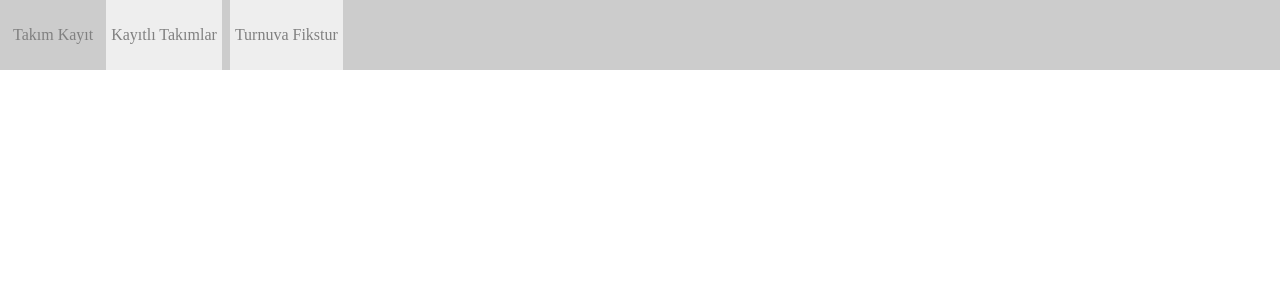
Repository: oktembaris77/internet_final
Page: http://localhost/internetfinal/
The author's editor kept a copy of each file at every save. The page is drawn from the files as they stood at one save, then again after the next save.
The browser window is 1280 px wide. The pictures show the whole page.
The pointer rests on the first visible `#sayfabtn`.
The page is served by Tomcat 9. Other server files are loaded and not shown.

Above is the page before, as saved 2020-05-11 19:32:09.

### internetfinal/WebContent/index.jsp
<%@ page language="java" contentType="text/html; charset=UTF-8"
    pageEncoding="UTF-8"%>
<!DOCTYPE html>
<html>
<head>
<meta charset="ISO-8859-1">
<title>Takım Kayıt</title>
<meta charset="utf-8"/>
<style>
*{
	margin:0;padding:0;
}

#ustmenu{
width:100%;
height:70px;
background-color:#ccc;
}
a{
text-decoration:none;
color:gray;
}

#sayfabtn{
height:70px;
min-width:90px;
background-color:#eee;
color:white;
text-align:center;
margin-left:8px;
text-decoration:none;
padding:0px 5px 0px 5px;
box-sizing:border-box;
line-height:70px;
float:left;
}

#sayfabtn:hover{
transition:0.2s;
background-color:#ccc;
color:gray;
}

</style>
</head>
<body>
	<div id="ustmenu">
		<div id="sayfabtn">
			<a href = "google.com">Takım Kayıt</a>
		</div>
		<div id="sayfabtn">
			<a href = "google.com">Kayıtlı Takımlar</a>
		</div>
		<div id="sayfabtn">
			<a href = "google.com">Turnuva Fikstur</a>
		</div>


	</div>
</body>
</html>

After the next save:
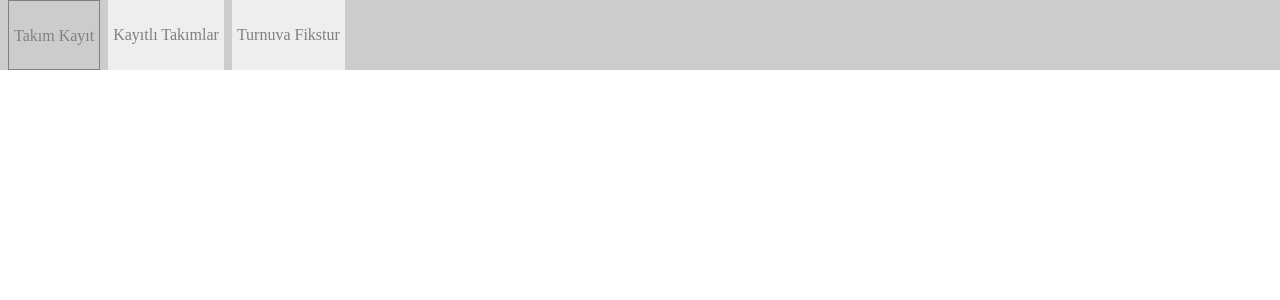
Saved 20 s later.
--- a/internetfinal/WebContent/index.jsp
+++ b/internetfinal/WebContent/index.jsp
@@ -39,6 +39,7 @@ float:left;
 transition:0.2s;
 background-color:#ccc;
 color:gray;
+border:1px solid;
 }
 
 </style>
